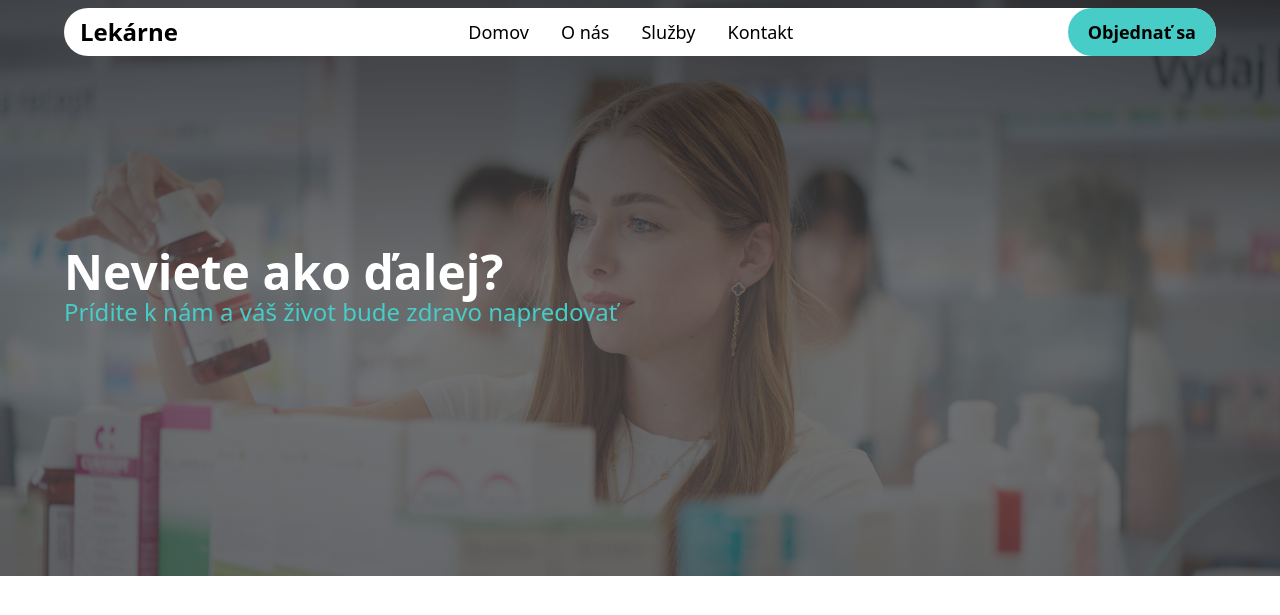
Repository: SimonSkoda13/Lekaren
Page: /
An editor plug-in stored every save of this project. The page is shown before and after the next save, followed by the edit.
The browser window is 1280 px wide. The pictures show the whole page.
The project was rebuilt for these pictures with package versions that can differ from the ones it lists, and the page was loaded fresh each time. The framework's server and built-in components were replaced by stand-ins that run in the browser. Also part of the build but not shown: next.config.js.

Above is the page before, as saved 2023-04-22 17:14:51.

After the next save:
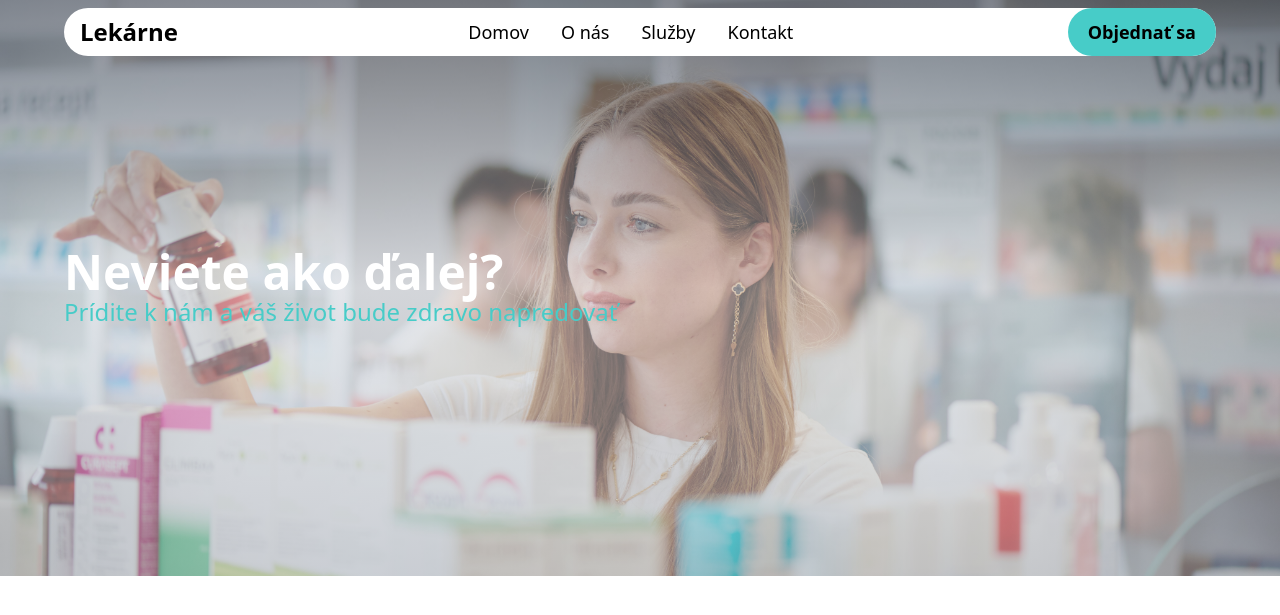
Saved 17 s later.
--- a/src/app/components/HomeHero/ImageGradient/ImageGradient.tsx
+++ b/src/app/components/HomeHero/ImageGradient/ImageGradient.tsx
@@ -7,7 +7,7 @@ export interface ImageGradientProps {
 export const ImageGradient = (props: ImageGradientProps) => {
   const { children } = props;
   return (
-    <div className="relative w-full h-full overflow-hidden brightness-50 z-10">
+    <div className="relative w-full h-full overflow-hidden z-10">
       <div className="absolute inset-0 z-10 bg-gradient-to-b from-gray-900 via-gray-300 to-gray-400 opacity-50"></div>
       {children}
     </div>
